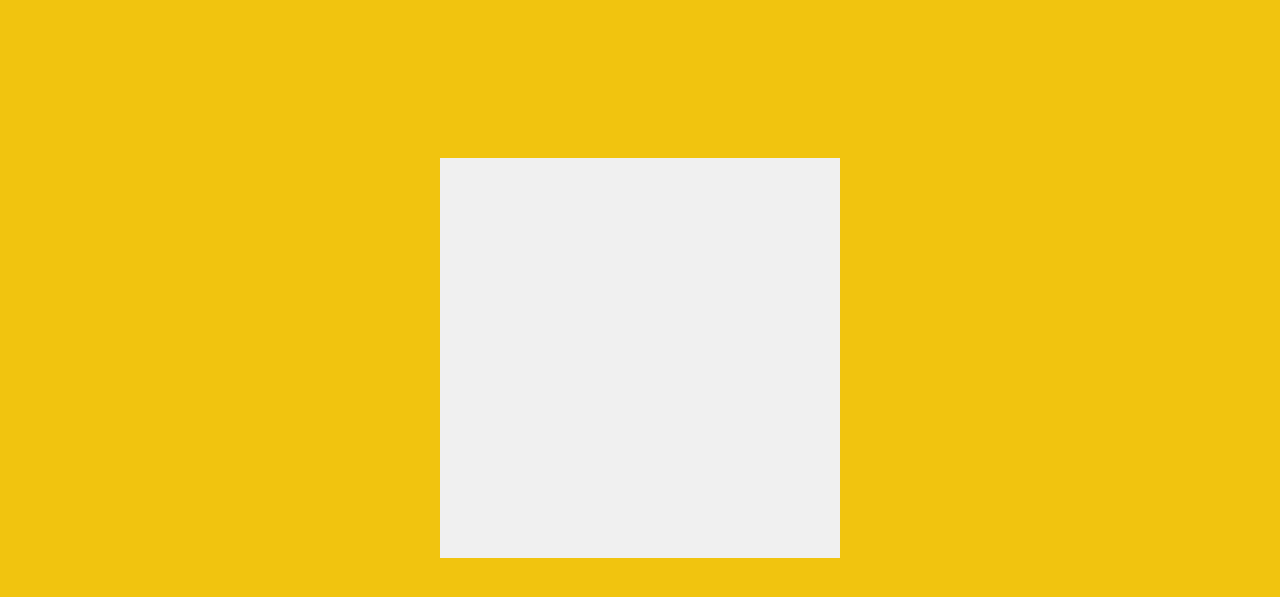
Repository: animarcus/graphing-app
Page: index.html
These files come from the project's save history. The page is drawn as it stood at one moment and after the next save; the edit follows.
The browser window is 1280 px wide. The pictures show the whole page.
Some web libraries are served in a nearby version.

Above is the page before, as saved 2020-09-26 19:12:12.

### index.html
<!DOCTYPE html>
<html lang="en">
<head>
  <link rel="apple-touch-icon"sizes="180x180"href="/icons/apple-touch-icon.png">
  <link rel="icon"type="image/png"sizes="32x32"href="/icons/favicon-32x32.png">
  <link rel="icon"type="image/png"sizes="16x16"href="/icons/favicon-16x16.png">
  <link rel="manifest"href="/icons/site.webmanifest">

  <link rel="stylesheet" href="css/style.css">
  <meta charset="UTF-8">
  <meta name="viewport" content="width=device-width, initial-scale=1.0, maximum-scale=1.0, user-scalable=0">
  <title>PLACEHOLDER</title>

  <script type="text/javascript" src="https://cdn.jsdelivr.net/npm/p5@1.1.4/lib/p5.min.js"></script>
  <script src="js/sketch.js"></script>
</head>
<body>
  <div id="canvas1"></div>
</body>
</html>

### css/style.css
* {
  cursor: default;
  /* -webkit-touch-callout: none;
  -webkit-user-select: none;
  -khtml-user-select: none;
  -moz-user-select: none;
  -ms-user-select: none;
  user-select: none; */
}
body {
  background: #f1c40f;
  height: 100%;
  overflow-y: hidden;
  overflow-x: hidden;
  /* border-radius: 50%; */
}

#canvas1 {
  position: absolute;
  top:50%;
  left:50%;
  transform: translate(-50%,-50%);
}

### js/sketch.js

let canvasW = 400;
let canvasH = 400;

function setup() {
  let canvas = createCanvas(canvasW,canvasH);
  canvas.parent("canvas1");

  background(240);
}


function draw() {
  fill(color("green"));
  translate(canvasW/2, canvasH/2);
  // rect(0,0,50,50);
  drawHandlers.drawGrid();
}


let drawHandlers = {
  drawGrid : function() {
    console.table(-canvasH/2, canvasH/2);

    // translate(canvasW/2, canvasH/2);
    stroke(color("blue"));
    strokeWeight(5)
    line(-canvasH/2, canvasH/2);

  }
}

After the next save:
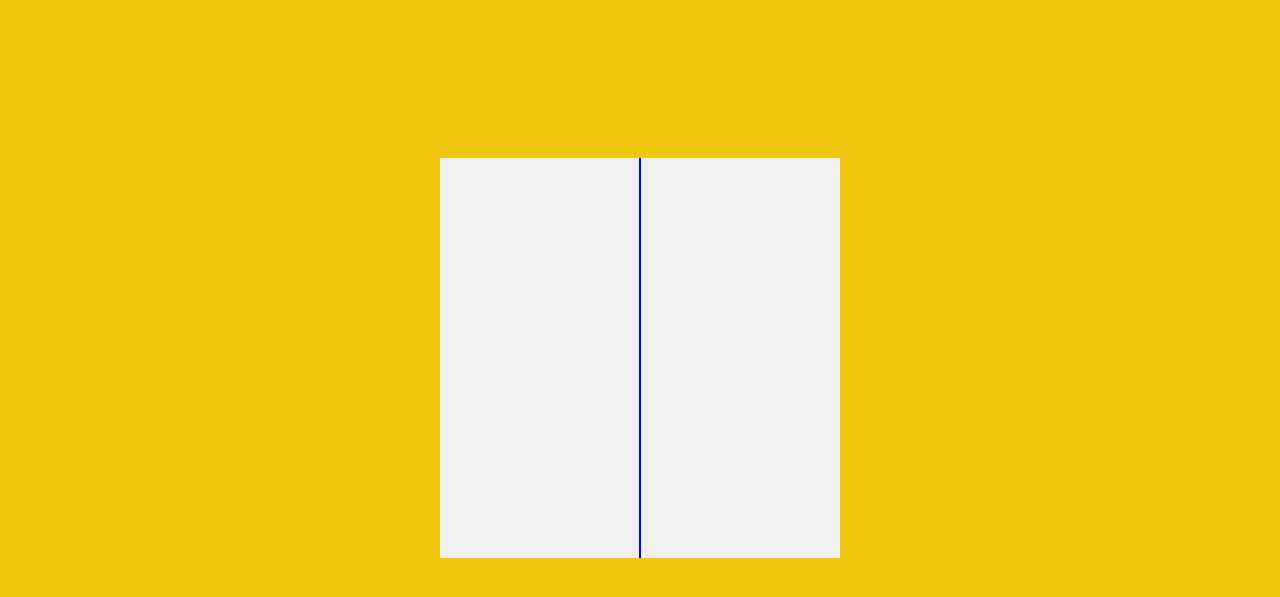
Saved 35 s later.
--- a/js/sketch.js
+++ b/js/sketch.js
@@ -24,8 +24,8 @@ let drawHandlers = {
 
     // translate(canvasW/2, canvasH/2);
     stroke(color("blue"));
-    strokeWeight(5)
-    line(-canvasH/2, canvasH/2);
+    // strokeWeight(5)
+    line(0, -canvasH/2, 0, canvasH/2);
 
   }
 }
